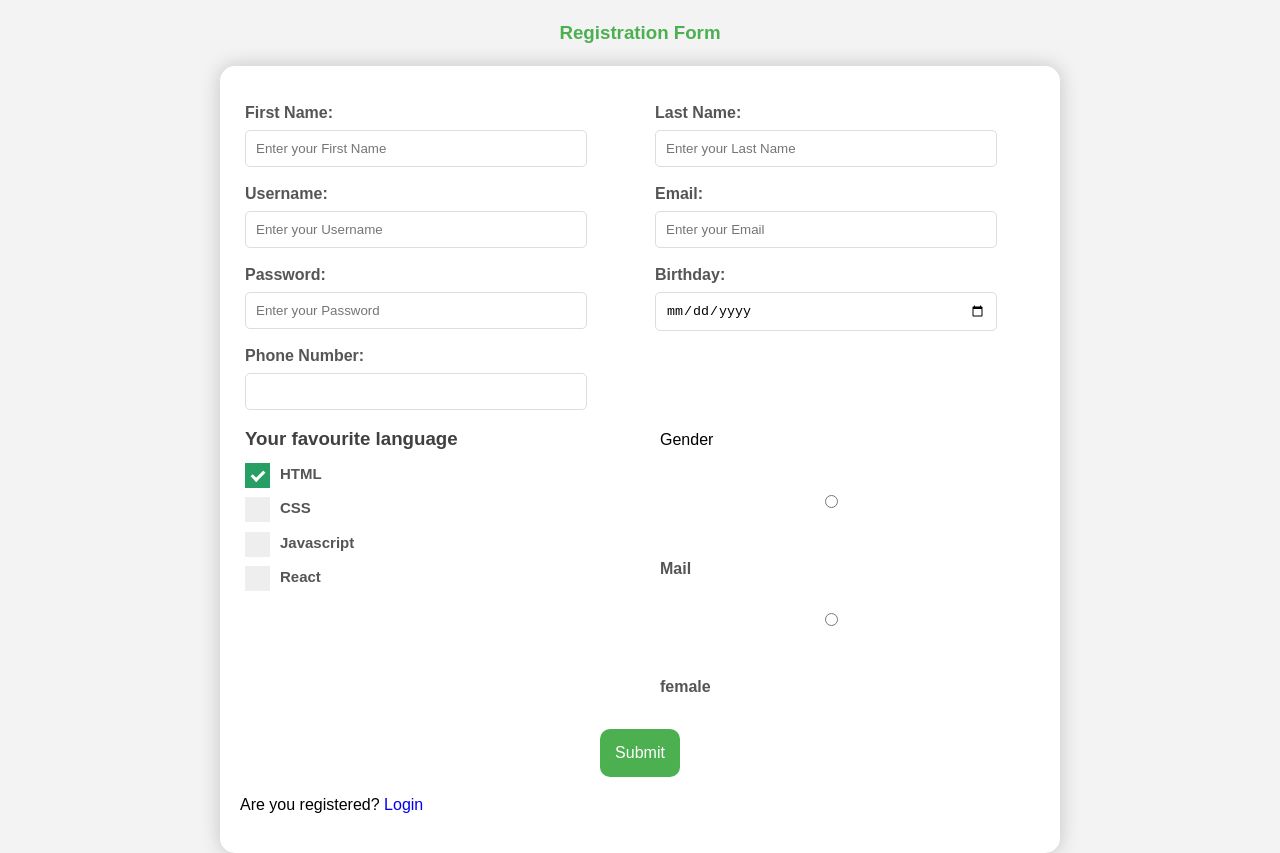
Repository: alizey12/Regestratin-Form-js
Page: regester.html
These files come from the project's save history. The page is drawn as it stood at one moment and after the next save; the edit follows.
The browser window is 1280 px wide. The pictures show the whole page.

Above is the page before, as saved 2024-11-29 18:55:04.

After the next save:
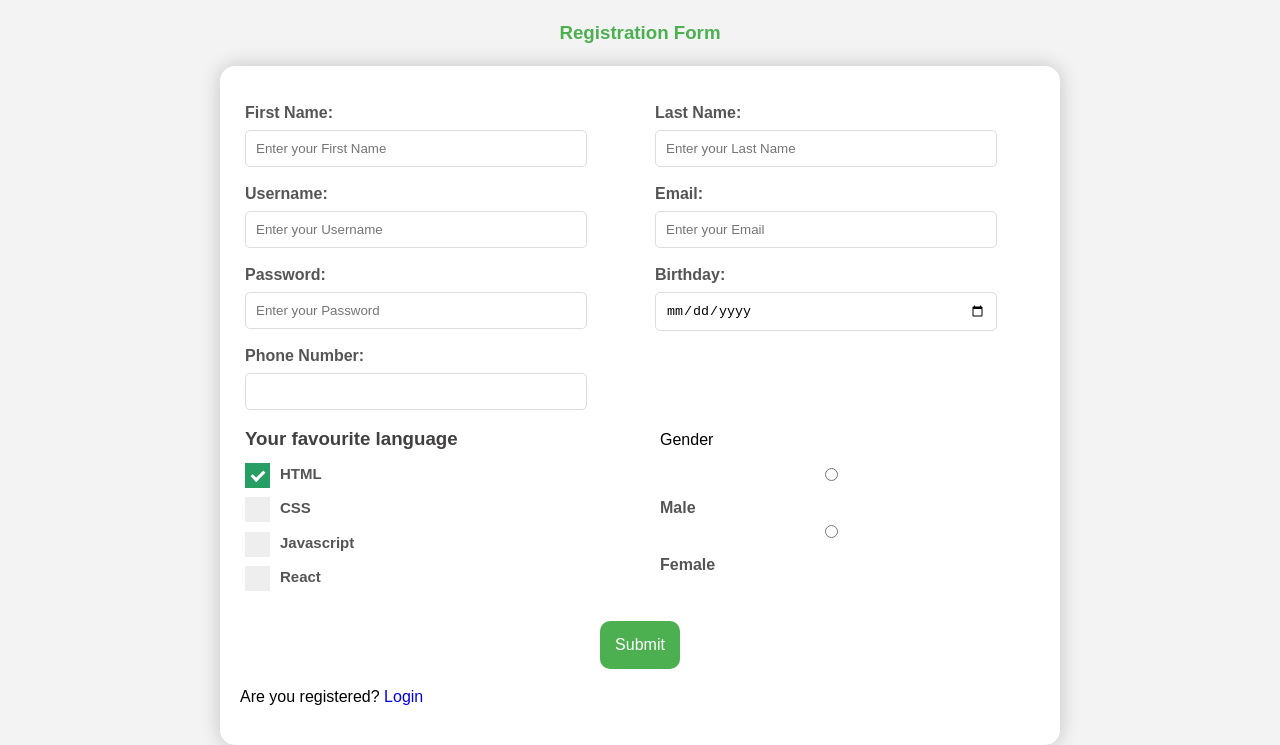
Saved 66 s later.
--- a/regester.html
+++ b/regester.html
@@ -57,15 +57,13 @@
                     <label for="birthday">Birthday:</label>
                     <input type="date" id="birthday" name="birthday">
                     <div class="gen-rad">
+                        <p>Gender</p>
+                        <input type="radio" id="male" name="gender" value="male">
+                        <label for="male">Male</label>
+                        <input type="radio" id="female" name="gender" value="female">
+                        <label for="female">Female</label>
+                    </div>
 
-                        <p>Gender</p>
-                          <input type="radio" id="html" name="fav_language" value="HTML">
-                          <label for="html">Mail</label>
-                          <input type="radio" id="css" name="fav_language" value="CSS">
-                          <label for="css">female</label>
-
-
-                    </div>
 
                 </div>
             </div>
